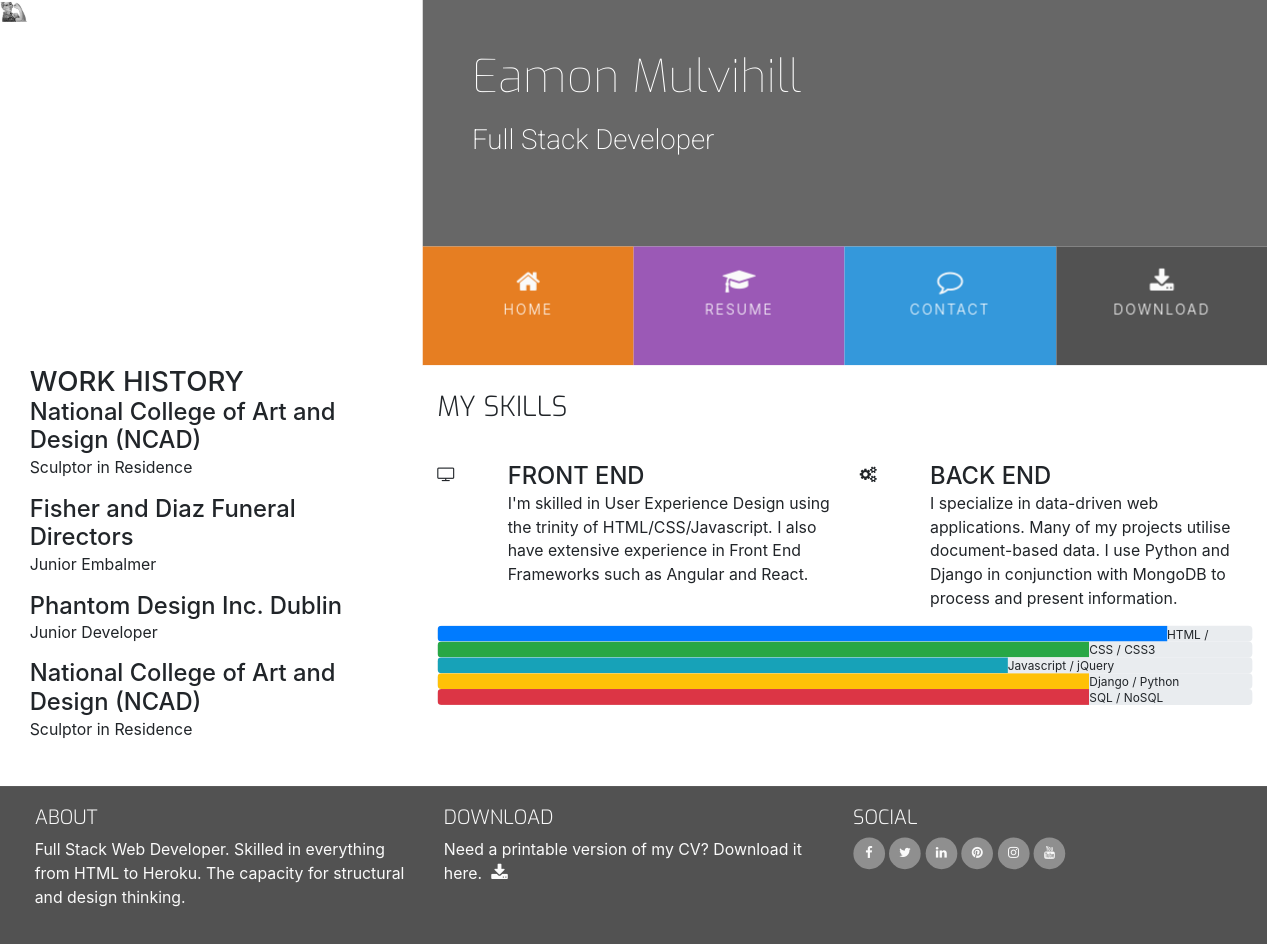
Repository: emulvihi/interactive-cv
Page: resume.html
The author's editor kept a record of every edit. The page is drawn from the files as they stood at one moment, then again after the next edit.
The browser window is 1280 px wide. The pictures show the whole page, at 99% of full size.

Above is the page before.

### resume.html
<!DOCTYPE html>
<html lang="en">

<head>
    <meta charset="UTF-8">
    <meta name="viewport" content="width=device-width, initial-scale=1.0">
    <meta http-equiv="X-UA-Compatible" content="ie=edge">
    <link rel="stylesheet" href="https://stackpath.bootstrapcdn.com/bootstrap/4.3.1/css/bootstrap.min.css" type="text/css" />
    <link rel="stylesheet" href="https://stackpath.bootstrapcdn.com/font-awesome/4.7.0/css/font-awesome.min.css" type="text/css">
    <link rel="stylesheet" href="https://cdnjs.cloudflare.com/ajax/libs/hover.css/2.3.1/css/hover-min.css" type="text/css" />
    <link rel="stylesheet" href="assets/css/style.css" type="text/css" />
    <title>Eamon</title>
</head>

<body>
    <header>
        <div class="row no-gutters">
            <div class="col-md-4">
                <a href="index.html" class="col-md-4 logo">

                </a>
            </div>
            <div class="col-md-8">
                <div class="row no-gutters bg-color-name-title">
                    <div class="col heading">
                        <h1 class="name">Eamon Mulvihill</h1>
                        <h2 class="title">Full Stack Developer</h2>
                    </div>
                </div>
                <div class="row no-gutters">
                    <div class="col">
                        <ul id="nav" class="list-inline menucontainer">
                            <li class="col-6 col-sm-3 ui-menu-color-home list-inline-item menuitem">
                                <a href="" class="hvr-sweep-to-bottom"><i class="fa fa-home" aria-hidden="true"></i><span>Home</span></a>
                            </li>
                            <li class="col-6 col-sm-3 ui-menu-color-resume list-inline-item menuitem">
                                <a href="" class="hvr-sweep-to-bottom"><i class="fa fa-graduation-cap" aria-hidden="true"></i><span>Resume</span></a>
                            </li>
                            <li class="col-6 col-sm-3 ui-menu-color-contact list-inline-item menuitem">
                                <a href="" class="hvr-sweep-to-bottom"><i class="fa fa-comment-o" aria-hidden="true"></i><span>Contact</span></a>
                            </li>
                            <li class="col-6 col-sm-3 ui-menu-color-download list-inline-item menuitem">
                                <a href="" class="hvr-sweep-to-bottom"><i class="fa fa-download" aria-hidden="true"></i><span>Download</span></a>
                            </li>
                        </ul>
                    </div>
                </div>
            </div>
        </div>
    </header>
    <section class="container-fluid">
        <div class="row">
            <div class="col-md-4 bg-color-work-history section-column">
                <div class="row">
                    <div class="col-12">
                        <h3 class="history-heading uppercase">
                            Work History
                        </h3>
                    </div>
                </div>
                <div class="timeline-item" data-dates="02/1998 - 04/2004">
                    <h4>National College of Art and Design (NCAD)</h4>
                    <p>Sculptor in Residence</p>
                </div>
                <div class="timeline-item" data-dates="04/2004 - 06/2008">
                    <h4>Fisher and Diaz Funeral Directors</h4>
                    <p>Junior Embalmer</p></p>
                </div>
                <div class="timeline-item" data-dates="06/2008 - 06/2011">
                    <h4>Phantom Design Inc. Dublin</h4>
                    <p>Junior Developer</p>
                </div>
                <div class="timeline-item" data-dates="02/1998 - 04/2004">
                    <h4>National College of Art and Design (NCAD)</h4>
                    <p>Sculptor in Residence</p>
                </div>
            </div>
            <div class="col-md-8 bg-color-three-reasons">
                <div class="row">
                    <div class="col">
                        <h3 class="section-heading uppercase">My Skills</h3>
                    </div>
                </div>
                <div class="row">
                    <div class="col-10 offset-1 offset-sm-0 col-sm-4 col-md-6">
                        <div class="row">
                            <div class="col-2">
                                <i class="three-reasons-icon fa fa-tv" aria-hidden="true"></i>
                            </div>
                            <div class="col-10">
                                <h4 class="three-reasons-heading uppercase">Front End</h4>
                                <p>
                                   I'm skilled in User Experience Design using the trinity of HTML/CSS/Javascript. I also have extensive experience in Front End Frameworks such as Angular and React.
                                </p>
                            </div>
                        </div>
                    </div>
                    <div class="col-10 offset-1 offset-sm-0 col-sm-4 col-md-6">
                        <div class="row">
                            <div class="col-2">
                                <i class="three-reasons-icon fa fa-gears" aria-hidden="true"></i>
                            </div>
                            <div class="col-10">
                                <h4 class="three-reasons-heading uppercase">Back End</h4>
                                <p>
                                    I specialize in data-driven web applications. Many of my projects utilise document-based data. I use Python and Django in conjunction with MongoDB to process and present information.
                                </p>
                            </div>
                        </div>
                    </div>
                </div>
                <div class="row progress-section">
                    <div class="col">
                        <div class="progress">
                            <div class="progress-bar" role="progressbar" aria-valuenow="90" aria-valuemin="0" aria-valuemax="100" style="width: 90%;">
                                <span class="sr-only">90% complete</span>
                            </div>
                            <span class="progress-type">HTML / HTML5</span>
                        </div>
                        <div class="progress">
                            <div class="progress-bar bg-success" role="progressbar" aria-valuenow="80" aria-valuemin="0" aria-valuemax="100" style="width: 80%;">
                                <span class="sr-only">80% complete</span>
                            </div>
                            <span class="progress-type">CSS / CSS3</span>
                        </div>
                        <div class="progress">
                            <div class="progress-bar bg-info" role="progressbar" aria-valuenow="70" aria-valuemin="0" aria-valuemax="100" style="width: 70%;">
                                <span class="sr-only">70% complete</span>
                            </div>
                            <span class="progress-type">Javascript / jQuery</span>
                        </div>
                        <div class="progress">
                            <div class="progress-bar bg-warning" role="progressbar" aria-valuenow="80" aria-valuemin="0" aria-valuemax="100" style="width: 80%;">
                                <span class="sr-only">80% complete</span>
                            </div>
                            <span class="progress-type">Django / Python</span>
                        </div>
                        <div class="progress">
                            <div class="progress-bar bg-danger" role="progressbar" aria-valuenow="80" aria-valuemin="0" aria-valuemax="100" style="width: 80%;">
                                <span class="sr-only">80% complete</span>
                            </div>
                            <span class="progress-type">SQL / NoSQL</span>
                        </div>
                    </div>
                </div>
            </div>
        </div>

    </section>
    <footer class="container-fluid">
        <div id="footer-details" class="row">
            <div class="col-sm-4">
                <h5 class="uppercase general-sub">About</h5>
                <p class="inline-block">
                    Full Stack Web Developer. Skilled in everything from HTML to Heroku. The capacity for structural and design thinking.
                </p>
            </div>
            <div class="col-sm-4">
                <h5 class="uppercase general-sub">Download</h5>
                <p class="inline-block">
                    Need a printable version of my CV? Download it here.
                    <a href="#" target="_blank" class="cv-pdf">
                        <i class="fa fa-download" aria-hidden="true"></i>
                        <span class="sr-only">Download link.</span>
                    </a>
                </p>
            </div>
            <div class="col-sm-4">
                <h5 class="uppercase general-sub">Social</h5>
                <ul class="list-inline social-links">
                    <li class="list-inline-item">
                        <a href="#" target="_blank">
                            <i class="fa fa-facebook" aria-hidden="true"></i>
                            <span class="sr-only">Facebook</span>
                        </a>
                    </li>
                    <li class="list-inline-item">
                        <a href="#" target="_blank">
                            <i class="fa fa-twitter" aria-hidden="true"></i>
                            <span class="sr-only">Twitter</span>
                        </a>
                    </li>
                    <li class="list-inline-item">
                        <a href="#" target="_blank">
                            <i class="fa fa-linkedin" aria-hidden="true"></i>
                            <span class="sr-only">LinkedIn</span>
                        </a>
                    </li>
                    <li class="list-inline-item">
                        <a href="#" target="_blank">
                            <i class="fa fa-pinterest" aria-hidden="true"></i>
                            <span class="sr-only">Pinterest</span>
                        </a>
                    </li>
                    <li class="list-inline-item">
                        <a href="#" target="_blank">
                            <i class="fa fa-instagram" aria-hidden="true"></i>
                            <span class="sr-only">Instagram</span>
                        </a>
                    </li>
                    <li class="list-inline-item">
                        <a href="#" target="_blank">
                            <i class="fa fa-youtube" aria-hidden="true"></i>
                            <span class="sr-only">Youtube</span>
                        </a>
                    </li>
                </ul>
            </div>
        </div>
    </footer>
</body>

</html>

### assets/css/style.css
@import url('https://fonts.googleapis.com/css?family=Roboto:100,200,300,400,500,600,700|Exo:100,200,300,400,500,600,700');

/* ---------------------------- Colours */

.bg-color-name-title {
    background-color: #676767;
}

.bg-color-three-reasons {
    background-color: #fff;
}

.ui-menu-color-home {
    background-color: #e67e22;
}

.ui-menu-color-resume {
    background-color: #9b59b6;
}

.ui-menu-color-contact {
    background-color: #3498db;
}

.ui-menu-color-download {
    background-color: #525252;
}

/* ---------------------------- Special paddings/margins/text */

h1,
h2,
h3,
h4 {
    margin: 0;
}

.uppercase {
    text-transform: uppercase;
}

.general-sub {
    font-family: "Exo", sans-serif;
    font-weight: 300;
    color: #fafafa;
}

.inline-block {
    display: inline-block;
}

.row-table {
    display: table;
}

.section-column {
    display: table-cell;
    padding: 0 30px 30px;
    float: none;
}

.section-heading {
    font-family: "Exo", sans-serif;
    font-weight: 300;
    margin-top: 25px;
    margin-bottom: 40px;
}

/* ---------------------------- Heading */

header {
    margin: 0;
}

.heading {
    margin-left: 50px;
}

.logo {
    background: url("../images/rosie.jpg");
    background-position: center;
    background-repeat: no-repeat;
    background-size: cover;
    min-height: 360px;
    transition: all .5s ease-in-out;
    -moz-transition: all .5s ease-in-out;
    -webkit-transition: all .5s ease-in-out;
}

.name {
    font-family: "Exo", sans-serif;
    font-weight: 100;
    font-size: 46px;
    margin-top: 50px;
    color: #fff;
}

.title {
    font-family: "Roboto", sans-serif;
    font-weight: 200;
    font-size: 28px;
    margin-top: 20px;
    margin-bottom: 90px;
    color: #fff;
}

.list-inline-item:not(:last-child) {
    margin: 0;
}

.menucontainer {
    font-size: 0;
}

#nav {
    margin: 0;
}

#nav li {
    font-size: 14px;
    padding: 0;
}

.menuitem {
    height: 120px;
    text-align: center;
    padding: 0;
}

.menuitem a {
    width: 100%;
    text-decoration: none;
    color: #fff;
    height: 120px;
}

.menuitem a i {
    padding-top: 22px;
    display: block;
    color: #fafafa;
    font-size: 26px;
}

.menuitem span {
    display: block;
    width: 100%;
    padding-top: 5px;
    text-align: center;
    text-transform: uppercase;
    font-size: 14px;
    font-weight: 300;
    letter-spacing: 2px;
}

/* ---------------------------- Hover */

.hvr-sweep-to-bottom:before {
    background-color: rgba(0, 0, 0, 0.2);
    height: 120px;
}

/* ---------------------------- Footer */

footer {
    background-color: #525252;
    color: #fafafa;
    min-height: 120px;
}

.cv-pdf i {
    font-size: 18px;
    color: #fafafa;
    text-align: center;
    padding-left: 5px;
    transition: all 0.35s ease-in-out;
    -moz-transition: all 0.35s ease-in-out;
    -webkit-transition: all 0.35s ease-in-out;
    -o-transition: all 0.35s ease-in-out;
}

.cv-pdf i:hover {
    color: #e84610;
}

.social-links {
    padding-bottom: 15px;
}

.social-links li a i {
    width: 32px;
    height: 32px;
    padding: 12px 0;
    border-radius: 50%;
    font-size: 13px;
    line-height: 7px;
    text-align: center;
    color: #fafafa;
    background-color: #8f8f8f;
    transition: all 0.35s ease-in-out;
    -moz-transition: all 0.35s ease-in-out;
    -webkit-transition: all 0.35s ease-in-out;
    -o-transition: all 0.35s ease-in-out;
}

.social-links li a i:hover {
    background-color: #e84610;
}

#footer-details {
    padding: 20px;
}

After the next edit:
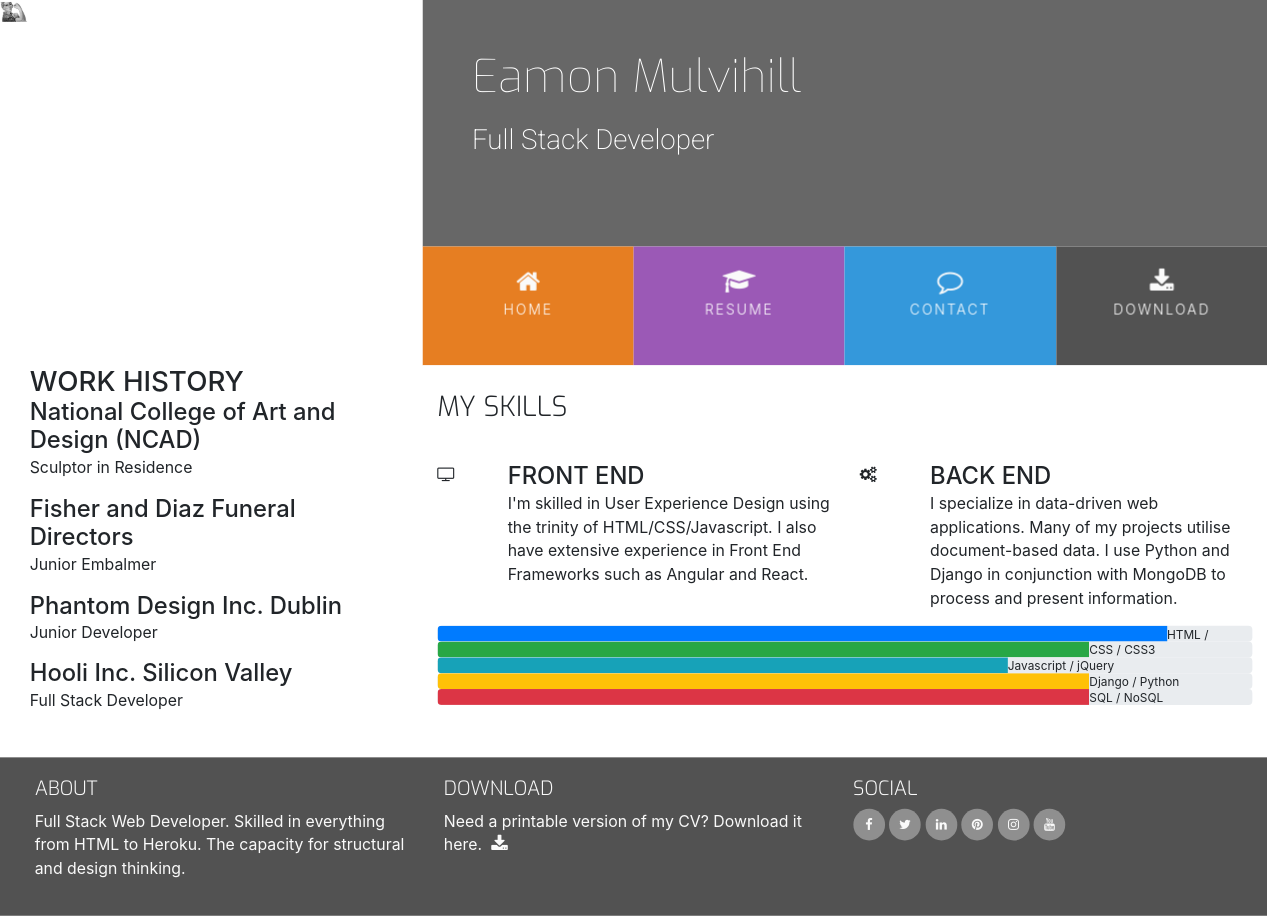
The edit:
--- a/resume.html
+++ b/resume.html
@@ -70,9 +70,9 @@
                     <h4>Phantom Design Inc. Dublin</h4>
                     <p>Junior Developer</p>
                 </div>
-                <div class="timeline-item" data-dates="02/1998 - 04/2004">
-                    <h4>National College of Art and Design (NCAD)</h4>
-                    <p>Sculptor in Residence</p>
+                <div class="timeline-item" data-dates="06/2011 - Present">
+                    <h4>Hooli Inc. Silicon Valley</h4>
+                    <p>Full Stack Developer</p>
                 </div>
             </div>
             <div class="col-md-8 bg-color-three-reasons">
